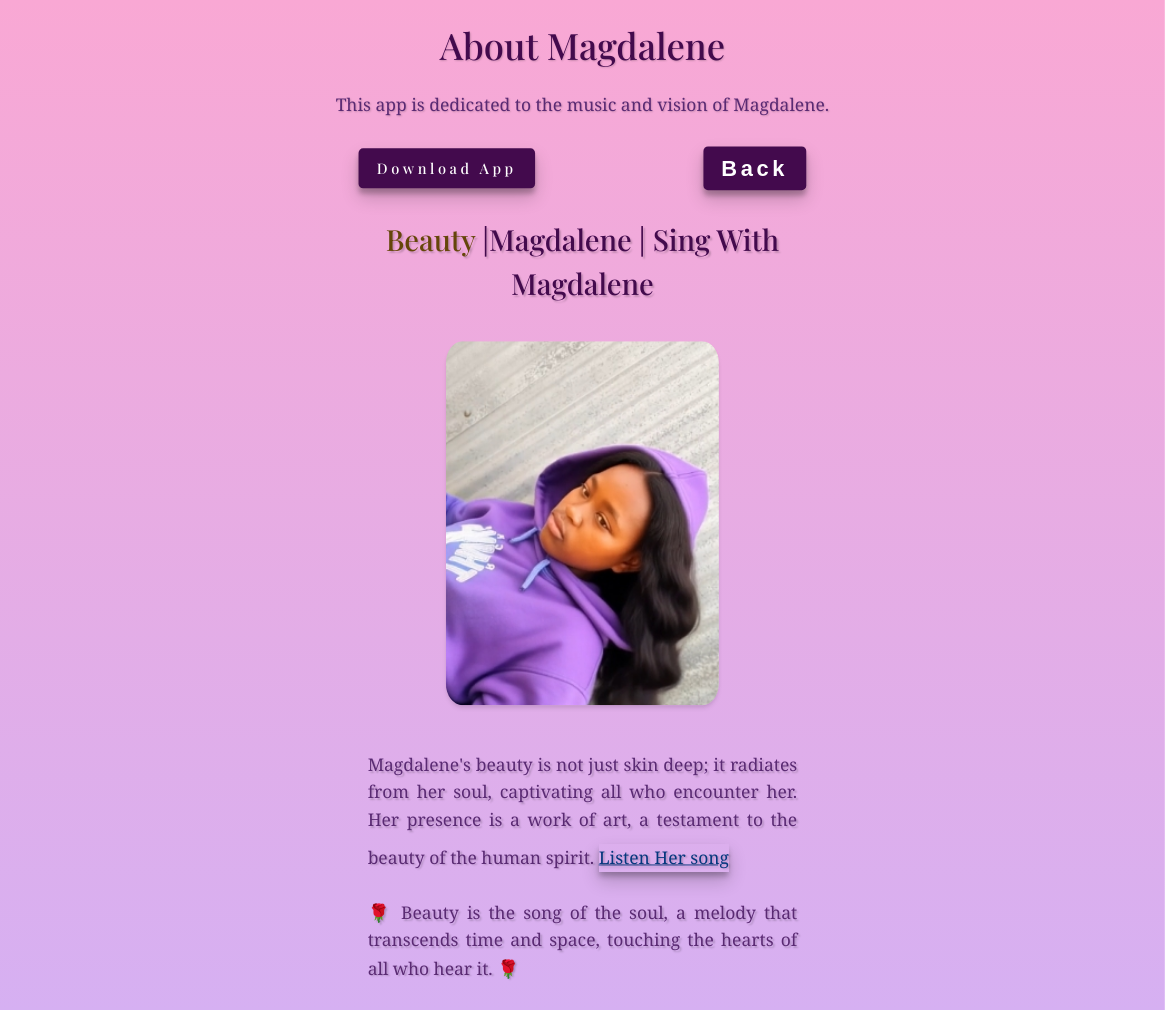
Repository: VladimirGagarin/Meg
Page: /#/about/aboutPerson/Beauty
An editor plug-in stored every save of this project. The page is shown before and after a run of saves, followed by the edit.
The browser window is 1280 px wide. The pictures show the whole page, at 91% of full size.
The project was rebuilt for these pictures with package versions that can differ from the ones it lists, and the page was loaded fresh each time. Also part of the build but not shown: vite.config.js, src/App.jsx, src/components/SongCard.css, src/components/SongCard.jsx, src/pages/HomeScreen.css, src/pages/HomeScreen.jsx, src/components/Controls.jsx, src/pages/SongScreen.css and 7 more. Imported but missing from the stored project, and not drawn on this page: src/assets/audios/Ember2.mp3, src/assets/audios/Empress.mp3, src/assets/audios/Fiesta.mp3, src/assets/audios/Fight_song.mp3, src/assets/audios/Furaha_Yangu.mp3, src/assets/audios/IamMagdalene.mp3, src/assets/audios/The beginning.mp3, src/assets/audios/anthem.mp3 and 35 more.

Above is the page before, as saved 2025-07-23 16:11:31.

After the next 3 saves:
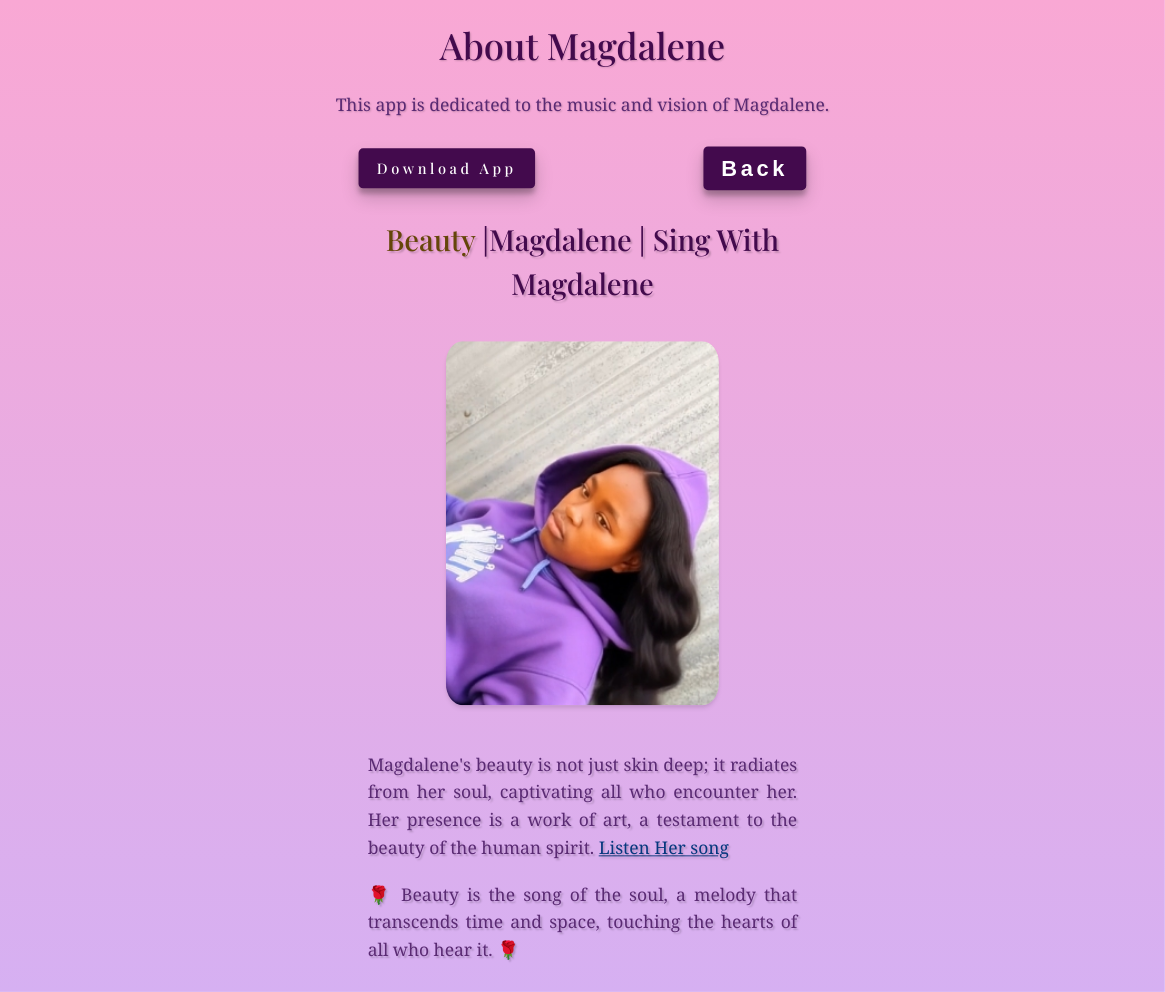
The 3 saves are shown as one change because they came seconds apart.
The last was saved 32 s later.
--- a/src/pages/About.css
+++ b/src/pages/About.css
@@ -196,8 +196,7 @@
     text-decoration: underline;
     font-weight: 500;
     transition: all 0.2s ease;
-    margin: 10px 0;
-    box-shadow: rgba(0, 0, 0, 0.19) 0px 10px 20px, rgba(0, 0, 0, 0.23) 0px 6px 6px;
+   margin-left: ;
 }
 
 @media (max-width: 800px) {
